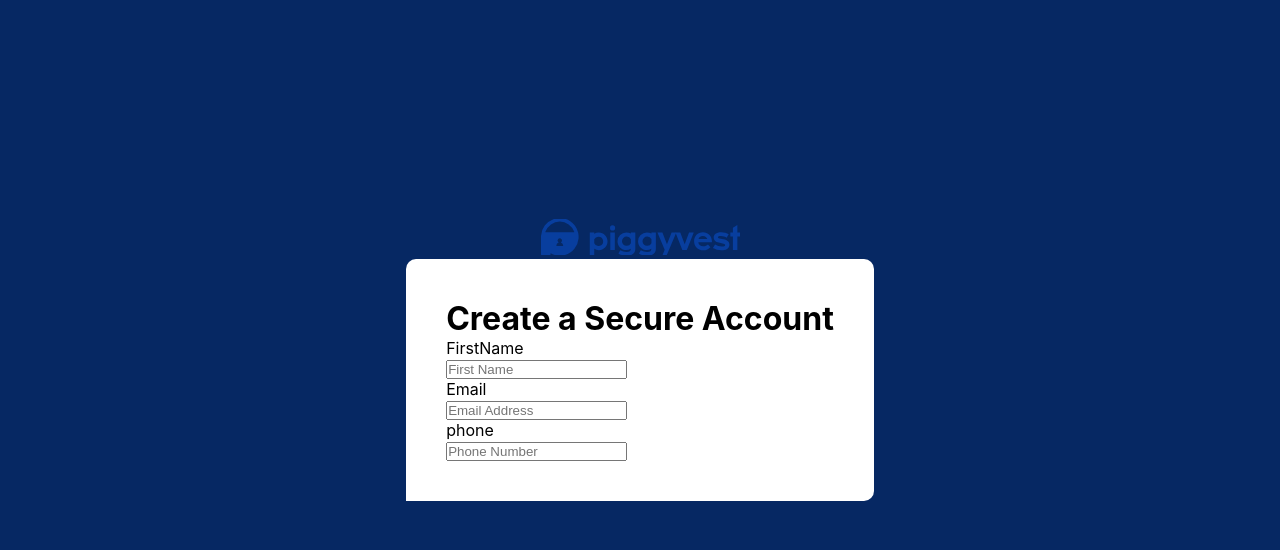
Repository: hisreal123/PiggyVest-login-Clone
Page: /RegisterPage
An editor plug-in stored every save of this project. The page is shown before and after a run of saves, followed by the edit.
The browser window is 1280 px wide. The pictures show the whole page.
The project was rebuilt for these pictures with package versions that can differ from the ones it lists, and the page was loaded fresh each time. The framework's server and built-in components were replaced by stand-ins that run in the browser. Also part of the build but not shown: next.config.js.

Above is the page before, as saved 2022-07-29 22:16:26.

### pages/_app.tsx
import '../styles/globals.scss'
import type { AppProps } from 'next/app'

import '../styles/All.scss'

function MyApp({ Component, pageProps }: AppProps) {
  return <Component {...pageProps} />
}

export default MyApp

### pages/RegisterPage.tsx
import Image from "next/image";
import Link from "next/link";
import React from "react";
import { Logo } from "../Components/logo";
import { RegisterForm } from "../Components/RegisterForm";
import logo from "../public/Assets/piggyvest.svg";

export default function RegisterPage() {
  return (
    <div className="Register ">
      <Logo src={logo} />

      <div className="wrapper ">
        <RegisterForm />
      </div>
    </div>
  );
}

### styles/globals.scss
* {
  box-sizing: border-box;
  padding: 0;
  margin: 0;
}

html,
body {
  padding: 0;
  margin: 0;
  font-family: -apple-system, BlinkMacSystemFont, Segoe UI, Roboto, Oxygen,
    Ubuntu, Cantarell, Fira Sans, Droid Sans, Helvetica Neue, sans-serif;
}

a {
  text-decoration: none;
}

.container {
  padding: 0 2rem;
}
.title a:hover,
.title a:focus,
.title a:active {
  text-decoration: underline;
}

### styles/All.scss
// Register Page Design

.Register {
  background-color: #062863;
  height: 100vh;
  display: flex;
  flex-direction: column;
  justify-content: center;
  align-items: center;

  .RegisterForm {
    background-color: rgb(255, 255, 255);
    width: fit-content;
    padding: 40px 40px;
    border-radius: 10px 10px 10px 0;
    shadow: 0 0 2px lightgrey;
  }
}

### Components/logo.tsx
import Image from "next/image";
import Link from "next/link";
import React from "react";

interface imageProps {
  src: string;
}

export const Logo: React.FC<imageProps> = ({ src }) => {
  return (
    <div className="logoWrap">
      <Link href="#" className="logo">
        <Image
          alt=" logo "
          src={src}
          height="36"
          width="199"
          objectFit="cover"
        />
      </Link>
    </div>
  );
};

### Components/RegisterForm.tsx
import React, { useState } from "react";
import { AllInput } from "./AllInput";
import { InputProps as FormProps } from "./AllProps";

// interface RegisterFormProps {}
export const RegisterForm: React.FC = () => {
  return (
    <div className="RegisterForm">
      <div className="formHead">
        <h1> Create a Secure Account</h1>
        <p className="de"></p>

      </div>
      <div className="inputSection">
        <AllInput
          type="text"
          name="FirstName"
          placeholder="First Name "
          label="Full Name"
          value=" value"
        />

        <AllInput
          type="email"
          name="Email "
          placeholder="Email Address"
          label="Email Address"
          value=" value"
        />

        <AllInput
          type="text"
          name="phone"
          placeholder="Phone Number "
          label="Phone Number"
          value=" value"
        />
      </div>
    </div>
  );
};

### Components/AllInput.tsx
import React, { useState } from "react";
import { InputProps } from "./AllProps";

export const AllInput: React.FC<InputProps> = ({
  name,
  type,
  placeholder,
  value,
  label,
}) => {
  const [input, setInput] = useState({});

  const handleChange = (e: React.ChangeEvent<HTMLInputElement>) => {
    setInput({ ...input, [e.target.name]: e.target.value });
    console.log(e.target.name);
  };


  return (
    <div>
      <label htmlFor="FullName"> {name}</label>
      <br></br>
      <input
        type={type}
        name={name}
        placeholder={placeholder}
        onChange={handleChange}
      />
    </div>
  );
};

After the next 2 saves:
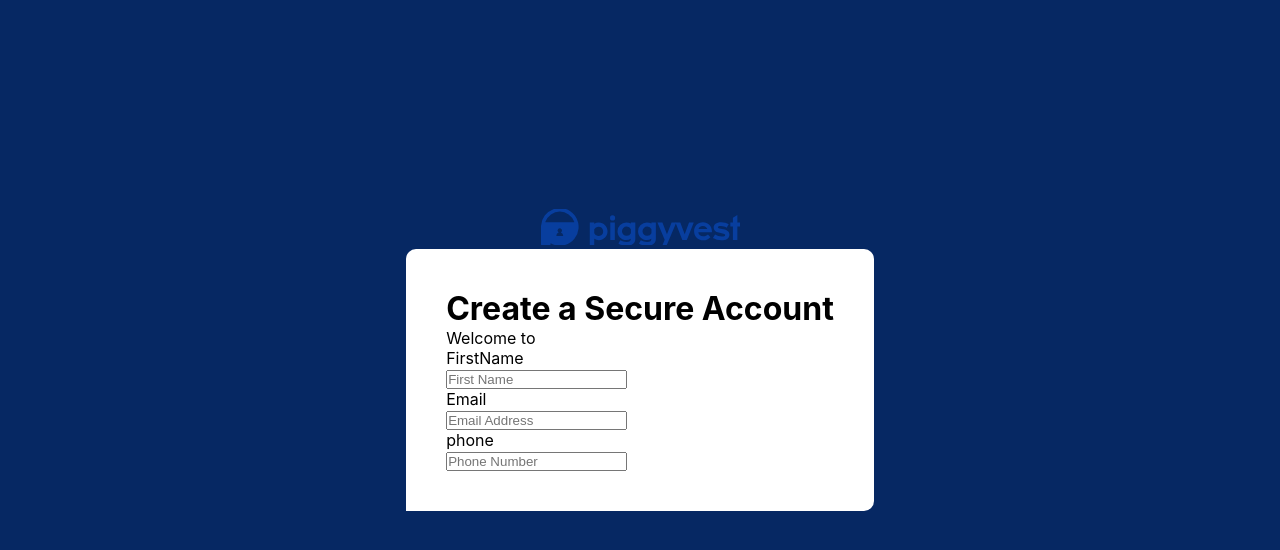
The 2 saves are shown as one change because they came seconds apart.
The last was saved 6 s later.
--- a/Components/RegisterForm.tsx
+++ b/Components/RegisterForm.tsx
@@ -8,7 +8,7 @@
     <div className="RegisterForm">
       <div className="formHead">
         <h1> Create a Secure Account</h1>
-        <p className="de"></p>
+        <p className="desc"> Welcome to </p>
 
       </div>
       <div className="inputSection">
